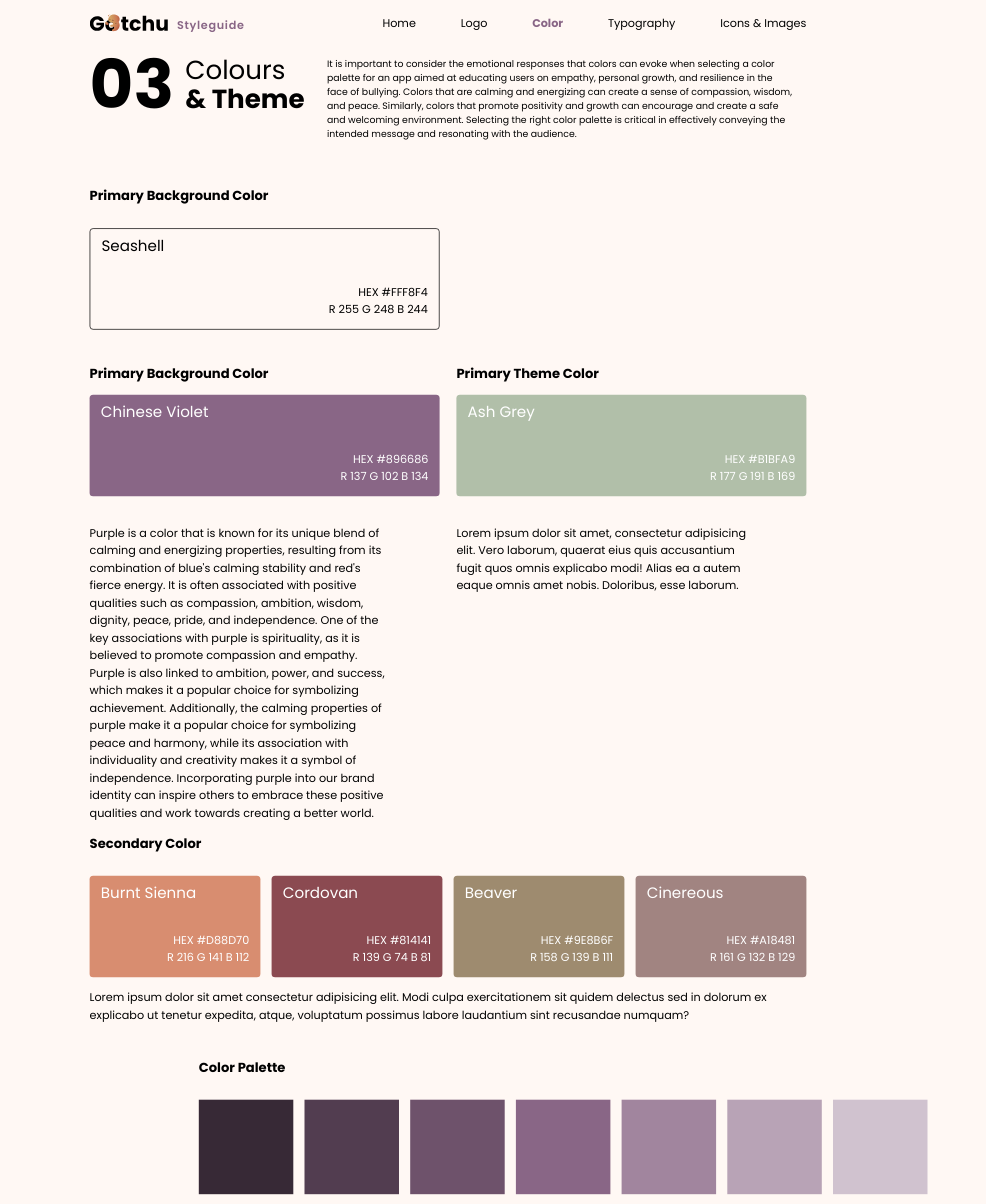
Repository: kionale/Antibullying-Project_Design-Guide
Page: color.html
These files come from the project's save history. The page is drawn as it stood at one moment and after the next save; the edit follows.
The browser window is 1280 px wide. The page is 1408 px wide, so the pictures cover 1408 px, including what lies to the right of the window. The pictures show the part of the page from y = 0 to 1720 px (the page is 2614 px tall before and 2223 px after), at 70% of full size.

Above is the page before, as saved 2023-03-11 01:26:57.

### color.html
<!DOCTYPE html>
<html lang="en">

<head>
    <meta charset="UTF-8">
    <meta http-equiv="X-UA-Compatible" content="IE=edge">
    <meta name="viewport" content="width=device-width, initial-scale=1.0">
    <title>Color Palette and Typography</title>
    <link rel="stylesheet" href="color.css">
</head>

<body>
    <nav class="navbar">
        <div class="logo_container">
            <img src="/images/logo.svg" class="logo" />
            <div class="app_name">Styleguide</div>
        </div>
        <ul class="nav_links">
            <li><a href="index.html">Home</a></li>
            <li><a href="logo.html">Logo</a></li>
            <li><a href="color.html"><span class="bold">Color</span></a></li>
            <li><a href="typography.html">Typography</a></li>
            <li><a href="icons.html">Icons & Images</a></li>
        </ul>
        <div class="burger">
            <div class="line1"></div>
            <div class="line2"></div>
            <div class="line3"></div>
        </div>
    </nav>
    <main class="body_container">
        <section class="about">
            <div class="section_number">
                <div class="element_number">03</div>
                <h2 class="page_title">Colours <br><span class="highlight">& Theme</h2>
            </div>
            <div class="about_text">
                <p class="section_description">It is important to consider the emotional responses that colors can evoke
                    when selecting a color palette for an app aimed at educating users on empathy, personal growth, and
                    resilience in the face of bullying. Colors that are calming and energizing can create a sense of
                    compassion, wisdom, and peace. Similarly, colors that promote positivity and growth can encourage
                    and create a safe and welcoming environment. Selecting the right color palette is critical in
                    effectively conveying the intended message and resonating with the audience.</p>
            </div>
        </section>
        <h3 class="subHeading">Primary Background Color</h3>
        <div class="columnTwo">
            <div class="subCard">
                <div class="color_container color_box1">
                    <div class="color_bgname">Seashell</div>
                    <div class="hex">HEX #FFF8F4</div>
                    <div class="RGB">R 255 G 248 B 244</div>
                </div>
            </div>
        </div>

        <div class="row">
            <div class="col">
                <div class="color_scheme">
                    <h3>Primary Background Color</h3>
                    <div class="color_container color_box2">
                        <div class="color_name">Chinese Violet</div>
                        <div class="hex_w">HEX #896686</div>
                        <div class="RGB_w">R 137 G 102 B 134</div>
                    </div>
                </div>
                <div class="color_text primary_half">
                    <p>Purple is a color that is known for its unique blend of calming and energizing
                        properties,
                        resulting from its
                        combination of blue's calming stability and red's fierce energy. It is often
                        associated with
                        positive qualities such as
                        compassion, ambition, wisdom, dignity, peace, pride, and independence. One of the
                        key
                        associations with purple is
                        spirituality, as it is believed to promote compassion and empathy. Purple is also
                        linked to
                        ambition, power, and
                        success, which makes it a popular choice for symbolizing achievement. Additionally,
                        the
                        calming properties of purple
                        make it a popular choice for symbolizing peace and harmony, while its association
                        with
                        individuality and creativity
                        makes it a symbol of independence. Incorporating purple into our brand identity can
                        inspire
                        others to embrace these
                        positive qualities and work towards creating a better world.
                    </p>
                </div>
            </div>
            <div class="col">
                <div class="color_scheme">
                    <h3>Primary Theme Color</h3>
                    <div class="color_container color_box3">
                        <div class="color_name">Ash Grey</div>
                        <div class="hex_w">HEX #B1BFA9</div>
                        <div class="RGB_w">R 177 G 191 B 169</div>
                    </div>
                </div>
                <div class="color_text primary_half">
                    <p>Lorem ipsum dolor sit amet, consectetur adipisicing elit. Vero laborum, quaerat eius
                        quis
                        accusantium fugit
                        quos omnis explicabo modi! Alias ea a autem eaque omnis amet nobis. Doloribus, esse
                        laborum.
                    </p>
                </div>
            </div>
        </div>

        <div class="col">
            <h3>Secondary Color</h3>
            <div class="row">
                <div class="color_scontainer" style="background:rgb(216, 141,112);">
                    <div class="color_name">Burnt Sienna</div>
                    <div class="hex_w">HEX #D88D70</div>
                    <div class="RGB_w">R 216 G 141 B 112</div>
                </div>
                <div class="color_scontainer" style="background:rgb(139, 74,81);">
                    <div class="color_name">Cordovan</div>
                    <div class="hex_w">HEX #814141</div>
                    <div class="RGB_w">R 139 G 74 B 81</div>
                </div>
                <div class="color_scontainer" style="background:rgb(158, 139,111);">
                    <div class="color_name">Beaver</div>
                    <div class="hex_w">HEX #9E8B6F</div>
                    <div class="RGB_w">R 158 G 139 B 111</div>
                </div>

                <div class="color_scontainer" style="background:rgb(161, 132,129);">
                    <div class="color_name">Cinereous</div>
                    <div class="hex_w">HEX #A18481</div>
                    <div class="RGB_w">R 161 G 132 B 129</div>
                </div>

            </div>
            <p>Lorem ipsum dolor sit amet consectetur adipisicing elit. Modi culpa exercitationem sit quidem
                delectus sed in dolorum ex explicabo ut tenetur expedita, atque, voluptatum possimus labore
                laudantium sint recusandae numquam?</p>

        </div>

        </div>

        <section class="color_palette">
            <div>
                <h3>Color Palette</h3>
            </div>
            <div class="color_boxes">


                <div class="row">
                    <div class="small-cl-box1" style="background:#372936"></div>
                    <div class="small-cl-box1" style="background:#523D50"></div>
                    <div class="small-cl-box1" style="background:#6E526B"></div>
                    <div class="small-cl-box1" style="background:#896686"></div>
                    <div class="small-cl-box1" style="background:#A1859E"></div>
                    <div class="small-cl-box1" style="background:#B8A3B6"></div>
                    <div class="small-cl-box1" style="background:#D0C2CF"></div>


                </div>
                <div class="row">
                    <div class="small-cl-box1" style="background:#474C44"></div>
                    <div class="small-cl-box1" style="background:#6A7365"></div>
                    <div class="small-cl-box1" style="background:#8E9987"></div>
                    <div class="small-cl-box1" style="background:#B1BFA9"></div>
                    <div class="small-cl-box1" style="background:#C1CCBA"></div>
                    <div class="small-cl-box1" style="background:#D0D9CB"></div>
                    <div class="small-cl-box1" style="background:#E0E5DD"></div>

                </div>
                <div class="row">
                    <div class="small-cl-box1" style="background:#56382D"></div>
                    <div class="small-cl-box1" style="background:#825543"></div>
                    <div class="small-cl-box1" style="background:#825543"></div>
                    <div class="small-cl-box1" style="background:#D88D70"></div>
                    <div class="small-cl-box1" style="background:#E0A48D"></div>
                    <div class="small-cl-box1" style="background:#E8BBA9"></div>
                    <div class="small-cl-box1" style="background:#EFD1C6"></div>
                </div>
                <div class="row">
                    <div class="small-cl-box1" style="background:#381E20"></div>
                    <div class="small-cl-box1" style="background:#532C31"></div>
                    <div class="small-cl-box1" style="background:#6F3B41"></div>
                    <div class="small-cl-box1" style="background:#8B4A51"></div>
                    <div class="small-cl-box1" style="background:#A26E74"></div>
                    <div class="small-cl-box1" style="background:#B99297"></div>
                    <div class="small-cl-box1" style="background:#D1B7B9"></div>
                </div>
                <div class="row">
                    <div class="small-cl-box1" style="background:#3F382C"></div>
                    <div class="small-cl-box1" style="background:#5F5343"></div>
                    <div class="small-cl-box1" style="background:#7E6F59"></div>
                    <div class="small-cl-box1" style="background:#9E8B6F"></div>
                    <div class="small-cl-box1" style="background:#B1A28C"></div>
                    <div class="small-cl-box1" style="background:#C5B9A9"></div>
                    <div class="small-cl-box1" style="background:#D8D1C5"></div>
                </div>
                <div class="row">
                    <div class="small-cl-box1" style="background:#403534"></div>
                    <div class="small-cl-box1" style="background:#614F4D"></div>
                    <div class="small-cl-box1" style="background:#816A67"></div>
                    <div class="small-cl-box1" style="background:#A18481"></div>
                    <div class="small-cl-box1" style="background:#B1A28C"></div>
                    <div class="small-cl-box1" style="background:#C7B5B3"></div>
                    <div class="small-cl-box1" style="background:#D9CECD"></div>
                </div>
            </div>
        </section>


    </main>
</body>
<footer>
    <p class="footer"> Gotchu </p>
</footer>

</html>

### color.css
@import url('https://fonts.googleapis.com/css2?family=Lato:ital,wght@0,100;0,300;0,400;0,700;0,900;1,300&family=Poppins:ital,wght@0,100;0,200;0,300;0,400;0,500;0,600;0,700;1,500&display=swap');

:root {
    --primary-clr: #896686;
    --primary-clr-2: #B1BFA9;
    --font-color: black;
    --background-clr: #FFF8F4;
    --secondary-clr-1: #D88D70;
    --secondary-clr-2: #8B4A51;

}

* {
    margin: 0px;
    padding: 0px;
    box-sizing: border-box;
    /* border: 1px black solid; */
}

body {

    /* font-family: 'lato',sans-serif; */
    font-family: 'Poppins', sans-serif;
    background-color: var(--background-clr);

}

/* NavBar (Formatted) */

.navbar {
    /* background-color: var(--secondary-clr); */
    display: flex;
    justify-content: space-between;
    align-items: center;
    min-height: 9vh;
    color: var(--font-color);
    /* position: sticky; */
    top: 0;
    padding: 0 8rem;
}

.logo_container {
    display: flex;
    flex-direction: row;
    align-items: center;
    gap: 0.8rem;
}

.logo {
    width: 7rem;
    object-fit: contain;
}


.logo:hover {
    transform: scale(1.05);
}

.app_name {
    letter-spacing: 1px;
    font-size: 1rem;
    font-weight: 600;
    color: #896686;
    margin-top: 0.5rem;
}

.app_name:hover {
    color: var(--secondary-clr);
}

.bold {
    font-weight: bold;
    color: var(--primary-clr);
}

.nav_links {
    display: flex;
    flex-direction: row;
    justify-content: flex-end;
    gap: 4rem;
    width: 40vw;
    flex-grow: 1;
}

.nav_links li {
    list-style: none;
}

.nav_links a {
    color: inherit;
    text-decoration: none;
    font-weight: 400;
}

.nav_links li:hover {
    transform: translateX(-5%);
}

.burger {
    display: none;
    cursor: pointer;
}

.burger div {
    width: 1.5rem;
    height: 0.15rem;
    background-color: black;
    margin: 0.35rem;

}

/* NavBar (End) */

/* Main Container (Formatted) */

.body_container {
    display: flex;
    flex-direction: column;
    padding: 0rem 8rem;
}

/* Main Container (End) */

/* Section Number with Desciption (Formatted) */

.about {
    display: flex;
    flex-direction: row;
    min-height: 5rem;
    justify-content: flex-start;
    margin-bottom: 2rem;
}

.section_number {
    display: flex;
    flex-direction: row;
    justify-content: center;
    align-items: center;
    height: 7rem;
}

.element_number {
    font-size: 72pt;
    font-weight: 790;
    line-height: 100%;
    margin-right: 1rem;
}

.page_title {
    font-weight: 400;
    font-size: 28pt;
    line-height: 110%;
    white-space: nowrap;
}

.highlight {
    font-weight: 700;
}

.about_text {
    padding: 1rem 1rem 1rem 2rem;
    font-size: 10pt;
}

/* Section Number with Desciption (End) */

.colors {
    display: flex;
    flex-direction: column;
    /* justify-content: center; */
    margin-top: 2rem;
    gap: 1.5rem;
}

.subHeading {
    width: 100%;
    padding: 1rem 0;
}

.columnTwo {
    display: grid;
    grid-template-columns: repeat(2, 1fr);
    gap: 1rem;
    margin-bottom: 2rem;
}

.subCard {
    display: flex;
    flex-direction: column;
    gap: 1rem;
    position: relative;
}

.color_box1 {
    background-color: var(--background-clr);
    border: 1px solid black;

}

.color_box2 {
    background-color: var(--primary-clr);
}

.color_box3 {
    background-color: var(--primary-clr-2);
}

.primary_half {
    width: 85%;
}

.color_scheme h3 {
    align-items: flex-start;
}

.color_container {
    width: 500px;
    height: 145px;

    margin-top: 1rem;
    border-radius: 5px;
    position: relative;
}

.color_scontainer {
    width: 245px;
    height: 145px;

    margin-top: 1rem;
    border-radius: 5px;
    position: relative;
}

.color_bgname {
    position: absolute;
    top: 0.5rem;
    left: 1rem;
    font-size: 1.35rem;
    color: black;

}

.color_name {
    position: absolute;
    top: 0.5rem;
    left: 1rem;
    font-size: 1.35rem;
    color: white;
}


.hex {
    position: absolute;
    bottom: 2.5rem;
    right: 1rem;
}

.hex_w {
    color: white;
    position: absolute;
    bottom: 2.5rem;
    right: 1rem;
}

.RGB {
    position: absolute;
    bottom: 1rem;
    right: 1rem;
}

.RGB_w {
    color: white;
    position: absolute;
    bottom: 1rem;
    right: 1rem;
}

.underline {
    text-decoration: underline;

}

.color_text {
    padding-top: 2.5rem;
}

.color_palette {
    display: flex;
    flex-direction: column;
    gap: 1rem;
    margin-top: 3rem;
    width: 100vw;
    padding-left: 9.75rem;

}


.row {
    display: flex;
    gap: 1rem;
    margin-top: 1rem;
    margin-bottom: 1rem;

}

.color_boxes {
    display: flex;
    flex-direction: column;
}

.small-cl-box1 {
    width: 135px;
    aspect-ratio: 1/1;


}

.small-cl-box2 {
    width: 4rem;
    aspect-ratio: 1/1;
    background-color: lightpink;

}

.small-cl-box3 {
    width: 4rem;
    aspect-ratio: 1/1;
    background-color: plum;

}

.dividing_line {
    width: 30%;
    height: 4px;
    background-color: black;
}

.col {
    display: flex;
    flex-direction: column;
}

.footer {
    margin-top: 2rem;
    text-align: center;
}

After the next save:
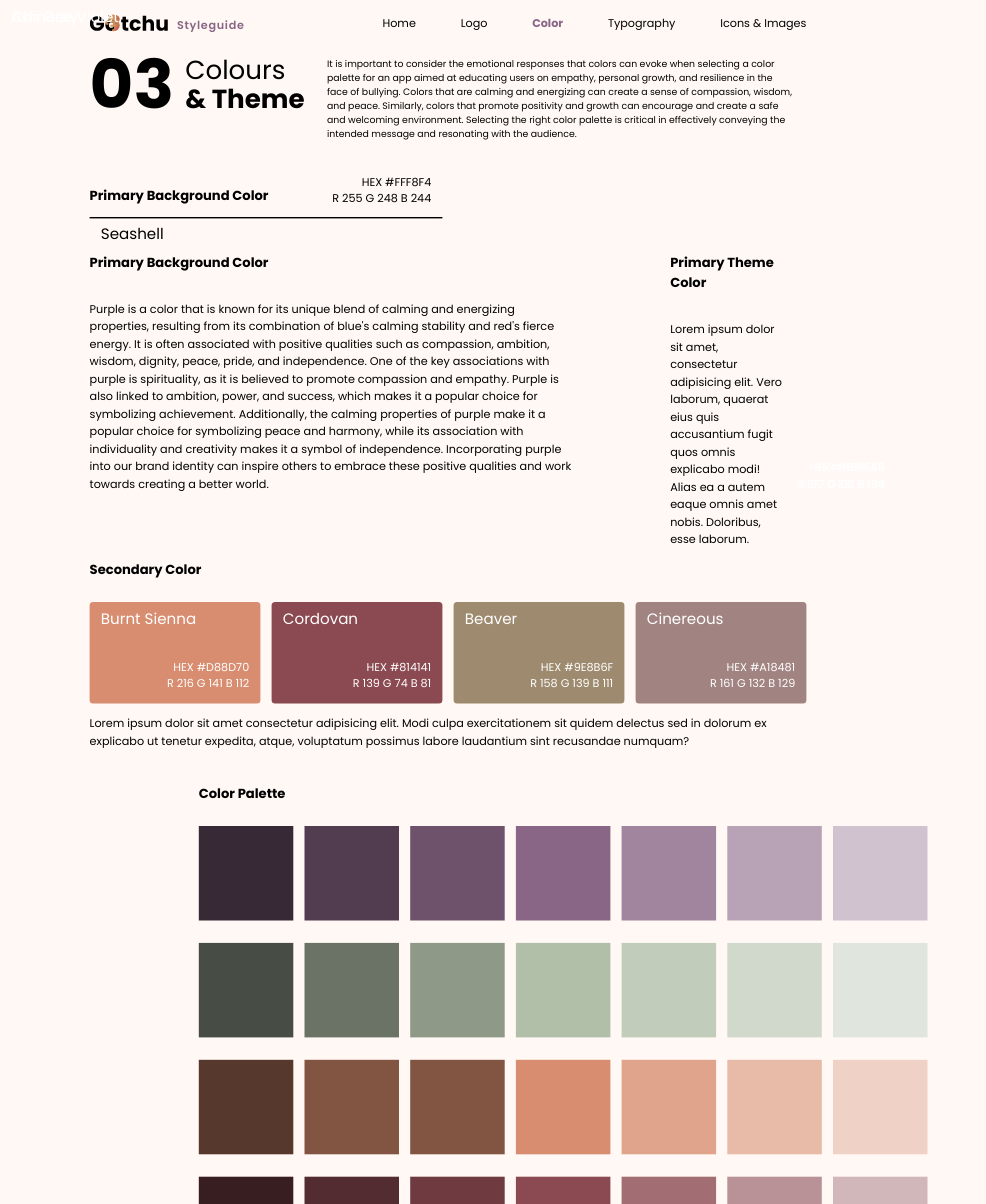
Saved 36 s later.
--- a/color.css
+++ b/color.css
@@ -213,14 +213,14 @@
     align-items: flex-start;
 }
 
-.color_container {
+/* .color_container {
     width: 500px;
     height: 145px;
 
     margin-top: 1rem;
     border-radius: 5px;
     position: relative;
-}
+} */
 
 .color_scontainer {
     width: 245px;

After the save that followed:
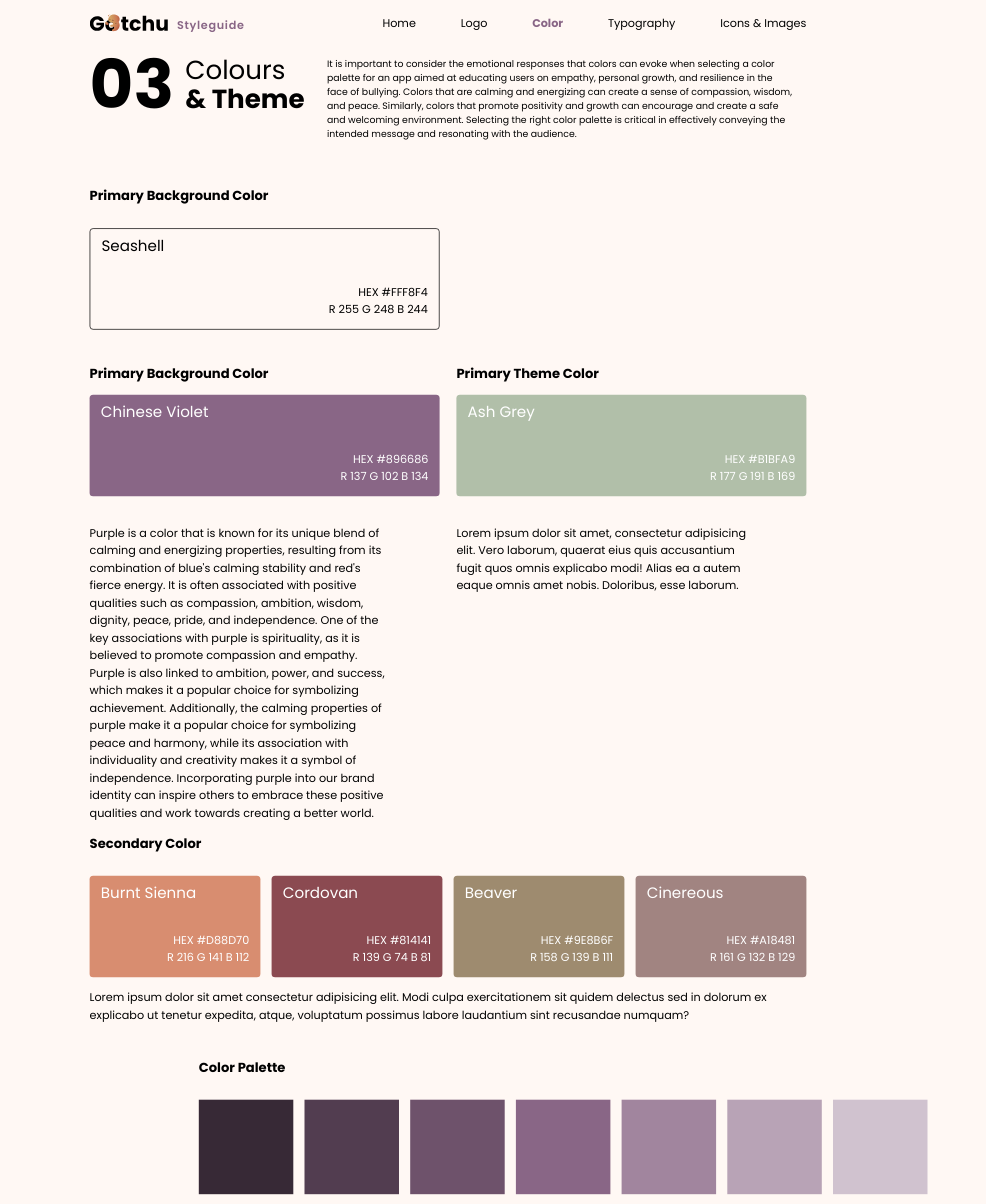
Saved 4 s later.
--- a/color.css
+++ b/color.css
@@ -213,14 +213,14 @@
     align-items: flex-start;
 }
 
-/* .color_container {
+.color_container {
     width: 500px;
     height: 145px;
 
     margin-top: 1rem;
     border-radius: 5px;
     position: relative;
-} */
+}
 
 .color_scontainer {
     width: 245px;
